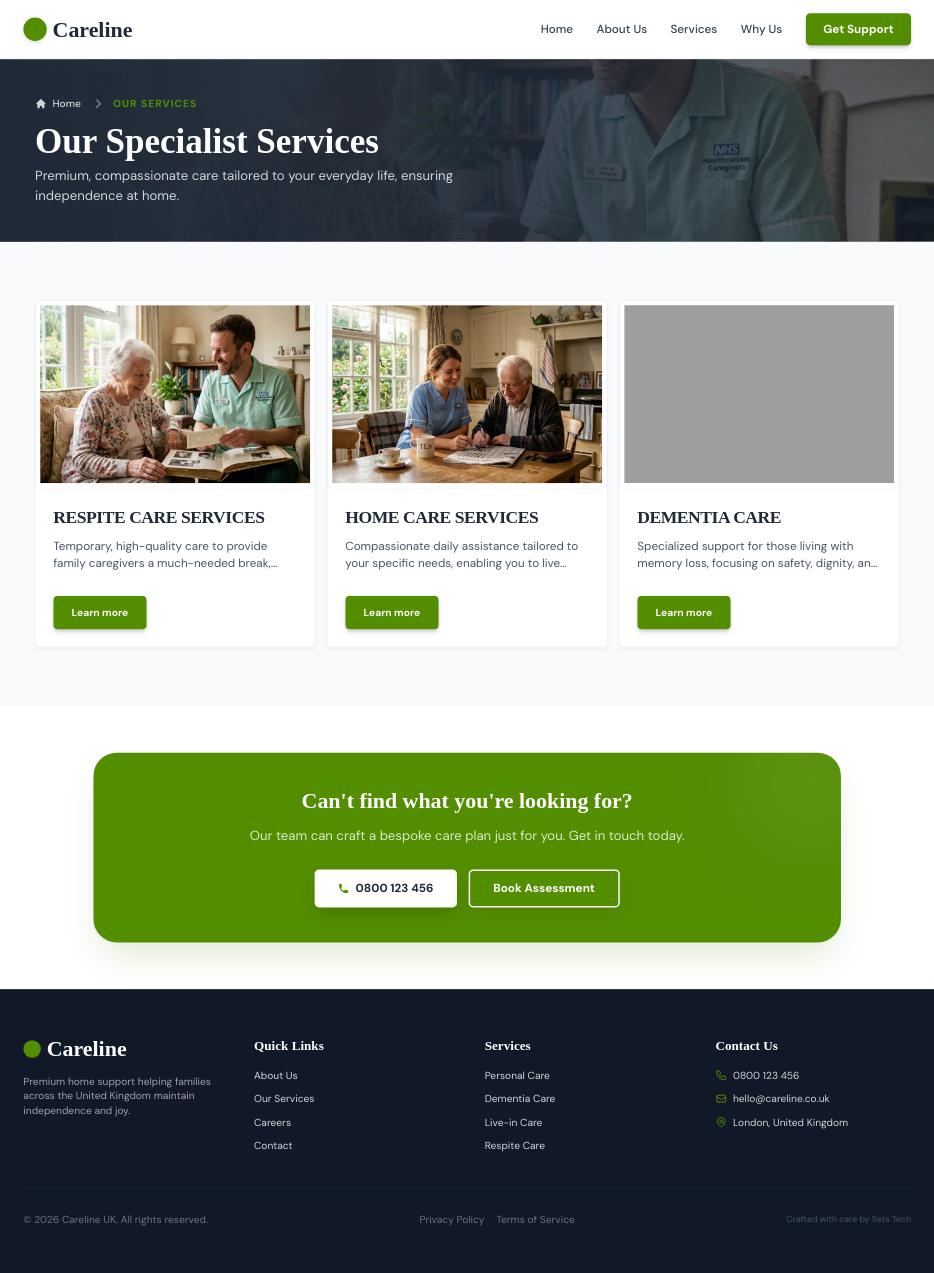
Repository: Iqbalhossen07/care
Page: http://localhost/services.php
These files come from the project's save history. The page is drawn as it stood at one moment and after the next save; the edit follows.
The browser window is 1280 px wide. The pictures show the whole page, at 73% of full size.
Pictures or frames that could not be fetched are drawn as grey boxes. Some web fonts or font styles are not loaded; a fallback is used. Some web libraries are served in a nearby version. The page is run by PHP 8.4 with error messages shown; the project is at /var/www/html/.

Above is the page before, as saved 2026-02-28 03:53:10.

After the next save:
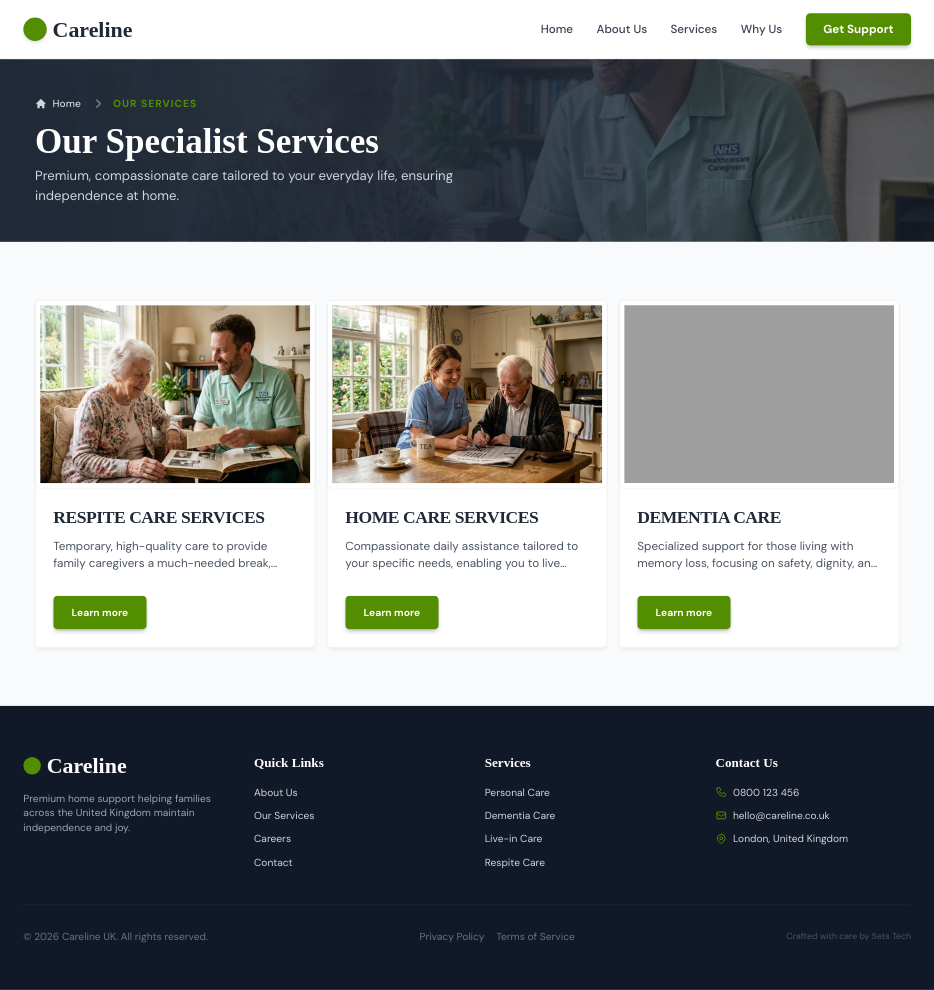
Saved 19 s later.
--- a/services.php
+++ b/services.php
@@ -123,39 +123,7 @@
         </div>
     </section>
 
-    <section class="py-16 bg-white px-6">
-        <div
-            class="max-w-5xl mx-auto bg-brand p-8 md:p-12 rounded-[2rem] shadow-2xl shadow-brand/20 relative overflow-hidden">
 
-            <div class="absolute -top-10 -right-10 w-40 h-40 bg-white/10 rounded-full blur-3xl"></div>
-
-            <div class="max-w-2xl mx-auto text-center relative z-10">
-                <h2 class="font-heading text-2xl md:text-3xl font-bold text-white mb-4">
-                    Can't find what you're looking for?
-                </h2>
-                <p class="text-white/80 text-base md:text-lg mb-8">
-                    Our team can craft a bespoke care plan just for you. Get in touch today.
-                </p>
-
-                <div class="flex flex-row justify-center gap-3 md:gap-4">
-                    <a href="tel:0800123456"
-                        class="flex-1 sm:flex-none bg-white text-darkText px-4 sm:px-8 py-3 rounded-md font-bold text-xs sm:text-base hover:bg-gray-50 transition-all shadow-[0_10px_25px_-5px_rgba(0,0,0,0.2)] hover:shadow-[0_15px_30px_-5px_rgba(0,0,0,0.3)] transform hover:-translate-y-1 duration-300 flex items-center justify-center gap-2">
-                        <svg class="w-3 h-3 sm:w-4 sm:h-4 text-brand" fill="currentColor" viewBox="0 0 20 20">
-                            <path
-                                d="M2 3a1 1 0 011-1h2.153a1 1 0 01.986.836l.74 4.435a1 1 0 01-.54 1.06l-1.548.773a11.037 11.037 0 005.454 5.454l.774-1.548a1 1 0 011.06-.54l4.435.74a1 1 0 01.836.986V17a1 1 0 01-1 1h-2C7.82 18 2 12.18 2 5V3z">
-                            </path>
-                        </svg>
-                        <span class="whitespace-nowrap">0800 123 456</span>
-                    </a>
-
-                    <a href="contact.php"
-                        class="flex-1 sm:flex-none border-2 border-white text-white px-4 sm:px-8 py-3 rounded-md font-bold text-xs sm:text-base hover:bg-white hover:text-brand transition-all shadow-[0_10px_25px_-5px_rgba(0,0,0,0.1)] hover:shadow-[0_15px_30px_-5px_rgba(0,0,0,0.2)] transform hover:-translate-y-1 duration-300 flex items-center justify-center">
-                        <span class="whitespace-nowrap">Book Assessment</span>
-                    </a>
-                </div>
-            </div>
-        </div>
-    </section>
 
     <?php include('footer.php') ?>
 

After the 4 saves that followed:
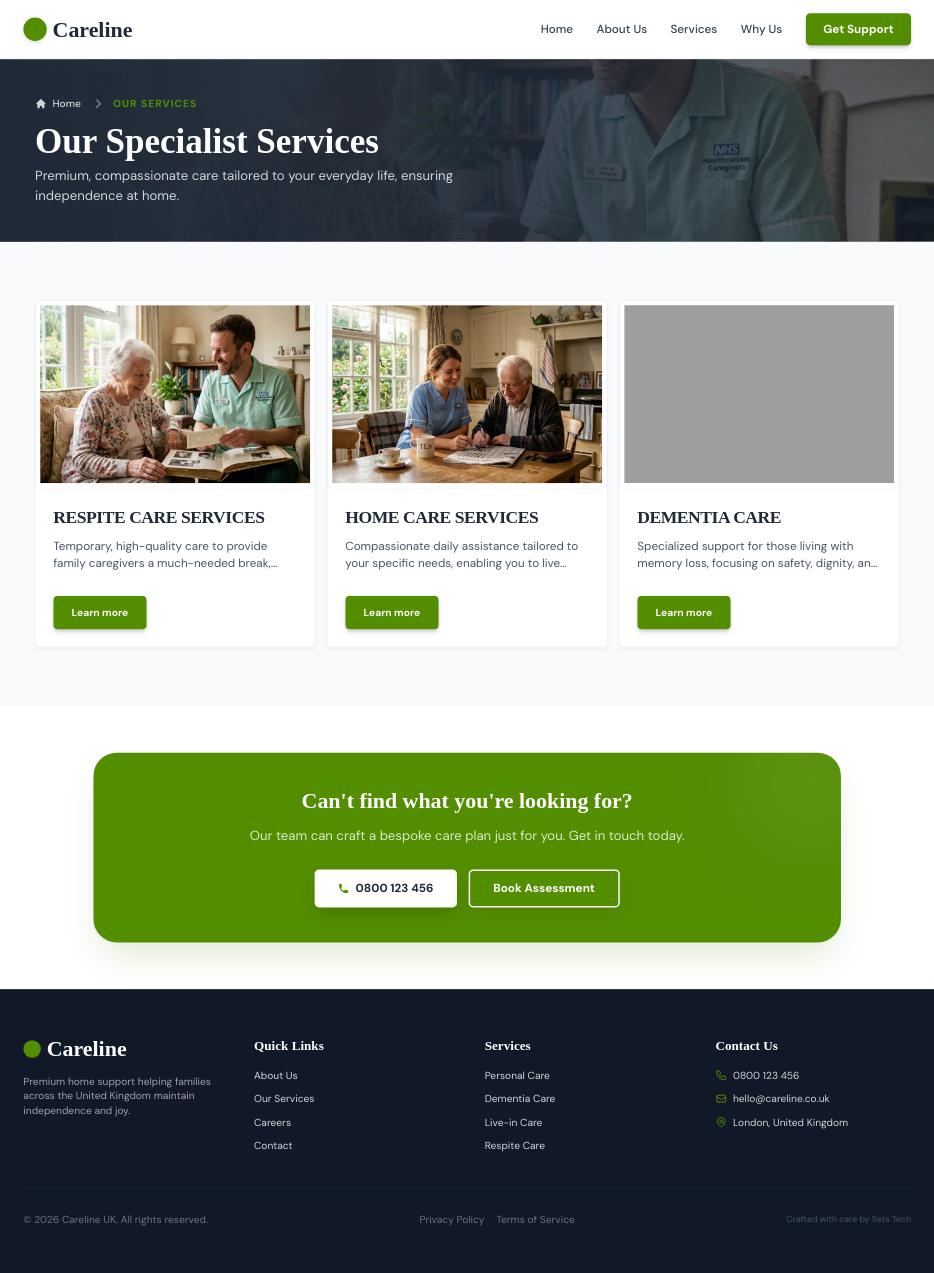
The 4 saves are shown as one change because 1 left the picture as it was and some came seconds apart.
The last was saved 18 s later.
--- a/services.php
+++ b/services.php
@@ -124,6 +124,40 @@
     </section>
 
 
+    <!-- cta  -->
+    <section class="py-16 bg-white px-6">
+        <div
+            class="max-w-5xl mx-auto bg-brand p-8 md:p-12 rounded-[2rem] shadow-2xl shadow-brand/20 relative overflow-hidden">
+
+            <div class="absolute -top-10 -right-10 w-40 h-40 bg-white/10 rounded-full blur-3xl"></div>
+
+            <div class="max-w-2xl mx-auto text-center relative z-10">
+                <h2 class="font-heading text-2xl md:text-3xl font-bold text-white mb-4">
+                    Can't find what you're looking for?
+                </h2>
+                <p class="text-white/80 text-base md:text-lg mb-8">
+                    Our team can craft a bespoke care plan just for you. Get in touch today.
+                </p>
+
+                <div class="flex flex-row justify-center gap-3 md:gap-4">
+                    <a href="tel:0800123456"
+                        class="flex-1 sm:flex-none bg-white text-darkText px-4 sm:px-8 py-3 rounded-md font-bold text-xs sm:text-base hover:bg-gray-50 transition-all shadow-[0_10px_25px_-5px_rgba(0,0,0,0.2)] hover:shadow-[0_15px_30px_-5px_rgba(0,0,0,0.3)] transform hover:-translate-y-1 duration-300 flex items-center justify-center gap-2">
+                        <svg class="w-3 h-3 sm:w-4 sm:h-4 text-brand" fill="currentColor" viewBox="0 0 20 20">
+                            <path
+                                d="M2 3a1 1 0 011-1h2.153a1 1 0 01.986.836l.74 4.435a1 1 0 01-.54 1.06l-1.548.773a11.037 11.037 0 005.454 5.454l.774-1.548a1 1 0 011.06-.54l4.435.74a1 1 0 01.836.986V17a1 1 0 01-1 1h-2C7.82 18 2 12.18 2 5V3z">
+                            </path>
+                        </svg>
+                        <span class="whitespace-nowrap">0800 123 456</span>
+                    </a>
+
+                    <a href="contact.php"
+                        class="flex-1 sm:flex-none border-2 border-white text-white px-4 sm:px-8 py-3 rounded-md font-bold text-xs sm:text-base hover:bg-white hover:text-brand transition-all shadow-[0_10px_25px_-5px_rgba(0,0,0,0.1)] hover:shadow-[0_15px_30px_-5px_rgba(0,0,0,0.2)] transform hover:-translate-y-1 duration-300 flex items-center justify-center">
+                        <span class="whitespace-nowrap">Book Assessment</span>
+                    </a>
+                </div>
+            </div>
+        </div>
+    </section>
 
     <?php include('footer.php') ?>
 
